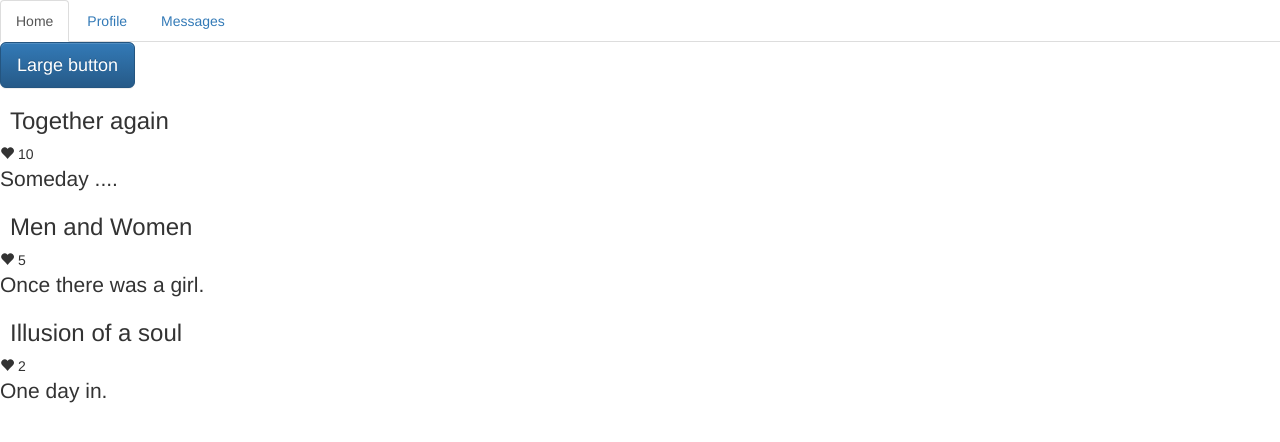
Repository: abdullahi796/MyStory
Page: index.html
The author's editor kept a record of every edit. The page is drawn from the files as they stood at one moment, then again after the next edit.
The browser window is 1280 px wide. The pictures show the whole page.
Some web libraries are served in a nearby version.

Above is the page before.

### index.html
<!DOCTYPE html>
<html ng-app='storyApp'>
  <head>
    <script src="//code.jquery.com/jquery-1.11.2.min.js"></script>
    <script src="//code.jquery.com/jquery-migrate-1.2.1.min.js"></script>
    <script src="//www.parsecdn.com/js/parse-1.4.2.min.js"></script>
    <script src="https://ajax.googleapis.com/ajax/libs/angularjs/1.3.15/angular.min.js"></script>
    <!-- Latest compiled and minified CSS -->
    <link rel="stylesheet" href="https://maxcdn.bootstrapcdn.com/bootstrap/3.3.4/css/bootstrap.min.css">

    <!-- Optional theme -->
    <link rel="stylesheet" href="https://maxcdn.bootstrapcdn.com/bootstrap/3.3.4/css/bootstrap-theme.min.css">

    <!-- Latest compiled and minified JavaScript -->
    <script src="https://maxcdn.bootstrapcdn.com/bootstrap/3.3.4/js/bootstrap.min.js"></script>
    <link rel="stylesheet" href="main.css" type="text/css" />
    <script type="text/javascript" src="app.js"></script>
  </head>
    <body>
        <ul class="nav nav-tabs">
          <li role="presentation" class="active"><a href="#">Home</a></li>
          <li role="presentation"><a href="#">Profile</a></li>
          <li role="presentation"><a href="#">Messages</a></li>
        </ul>
        <div id='wrapper' ng-controller='StoryController as storyCtrl'>
            <button type="button" class="btn btn-primary btn-lg">Large button</button>
            <div id='story' ng-repeat="story in storyCtrl.story | orderBy:'-like'">
                <div id='text' ng-click='storyCtrl.setForm(story.num)'>
                <h3>{{story.title}}</h3>
                <span class="glyphicon glyphicon-heart" id='like' aria-hidden="true" ng-click='storyCtrl.addLike(story)'></span>
                <span id='likes'>{{story.like}}</span>
                <p class="lead" >{{story.text}} </p>
              </div>
                <form name='storyForm' ng-controller='formController as formCtrl' ng-submit='formCtrl.addText(story)' ng-show='storyCtrl.showForm(story.num)'>
                  <div id='formWrapper'>
                  <textarea class="form-control" rows="3" ng-model='formCtrl.textAdd'></textarea>
                  <input type='submit' value='Submit'/>
                  </div>
                </form>
            </div>
        </div>
    </body>
</html>

### main.css
h3 {
    margin-left:10px;
}

em {
    margin-right:10px;
}

### app.js
(function() {
  var app = angular.module('storyApp', []);

  app.controller('StoryController',function(){
    this.story = [
        {
          title: 'Together again',
          text: 'Someday ....',
          num: 4,
          like: 10
        },

        {
          title: 'Illusion of a soul',
          text: 'One day in.',
          num: 2,
          like: 2
        },
        {
          title: 'Men and Women',
          text: 'Once there was a girl.',
          num: 3,
          like: 5
        }

      ]

      this.addLike= function(story){
        story.like +=1;
      }

        this.showForm = function(num){
            return this.showBol === num;
        };
        this.setForm = function(num){
            this.showBol = num;
        };
  });
  app.controller('formController',function(){
        this.textAdd = '';
        this.showBol = 0;

        this.addText = function(story){
          story.text += " " + this.textAdd;
          this.textAdd = " "
        };

  });
  app.controller('dataController',function($scope){
        this.inject = function(storyCtrl){
          Parse.initialize("j6hmZIae3pafDLIjDGpCntLonB075YYEr7s7dht0", "icc9F3VUzoYqwyZjp8FArXzMQZnO6IiCfDxhD1Iy");
          var StoryObj = Parse.Object.extend("StoryObj");
          var query = new Parse.Query(StoryObj);
          //storyCtrl.story.length = 5;
          query.greaterThan("likes", 0);
          query.find({
            success: function(results) {
              // Do something with the returned Parse.Object values
              for (var i = 0; i < results.length; i++) {
                var object = results[i];
                storyCtrl.story[i].title = object.get('title');
                storyCtrl.story[i].text = object.get('text');
                storyCtrl.story[i].num = object.get('num');
                storyCtrl.story[i].like = object.get('likes');
                console.log(storyCtrl.story);
                $scope.$apply()
              }
            },
            error: function(error) {
              alert("Error: " + error.code + " " + error.message);
            }
          });
          };
          this.updateParse = function(storyCtrl){
            alert('dsf');
            Parse.initialize("j6hmZIae3pafDLIjDGpCntLonB075YYEr7s7dht0", "icc9F3VUzoYqwyZjp8FArXzMQZnO6IiCfDxhD1Iy");
            var StoryObj = Parse.Object.extend("StoryObj");
            var query = new Parse.Query(StoryObj);
            //storyCtrl.story.length = 5;
            query.greaterThan("likes", 0);
            query.find({
              success: function(results) {
                // Do something with the returned Parse.Object values
                for (var i = 0; i < results.length; i++) {
                  var object = results[i];
                  object.set('title',storyCtrl.story[i].title);
                  object.set('text',storyCtrl.story[i].text);
                  object.set('num',storyCtrl.story[i].num);
                  object.set('likes',storyCtrl.story[i].like);
                  object.save();
                  $scope.$apply()
                }
              },
              error: function(error) {
                alert("Error: " + error.code + " " + error.message);
              }
            });
          };
  });
})();

After the next edit:
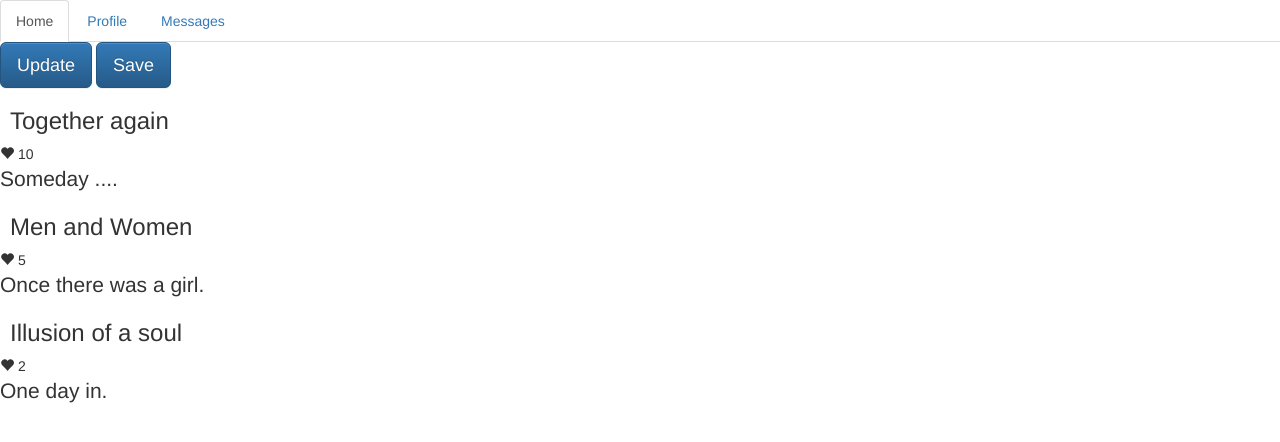
The edit:
--- a/index.html
+++ b/index.html
@@ -23,7 +23,8 @@
           <li role="presentation"><a href="#">Messages</a></li>
         </ul>
         <div id='wrapper' ng-controller='StoryController as storyCtrl'>
-            <button type="button" class="btn btn-primary btn-lg">Large button</button>
+            <button type="button" class="btn btn-primary btn-lg" ng-controller="dataController as dataCtrl" ng-click='dataCtrl.inject(storyCtrl)' >Update</button>
+            <button type="button" class="btn btn-primary btn-lg" ng-click='dataCtrl.updateParse(storyCtrl)'>Save</button>
             <div id='story' ng-repeat="story in storyCtrl.story | orderBy:'-like'">
                 <div id='text' ng-click='storyCtrl.setForm(story.num)'>
                 <h3>{{story.title}}</h3>
